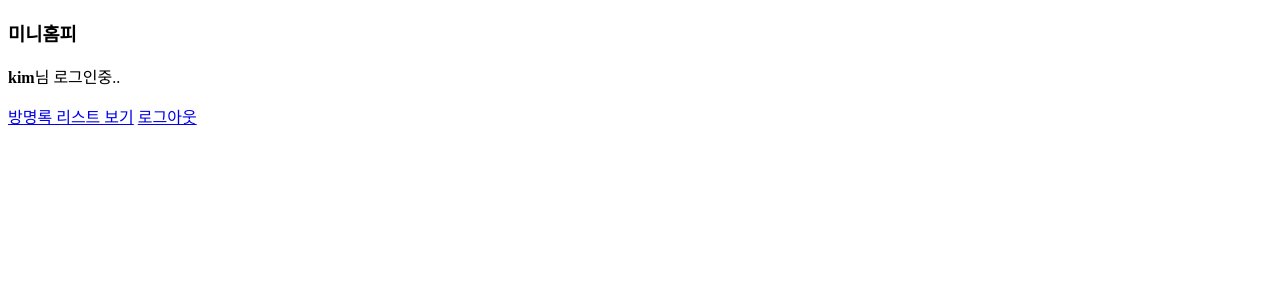
Repository: hyunhee7/web_work
Page: http://localhost/Step18_BoardMyBatis/views/home.jsp
These files come from the project's save history. The page is drawn as it stood at one moment and after the next save; the edit follows.
The browser window is 1280 px wide. The pictures show the whole page.
The page is served by Tomcat 9. Nobody is signed in. The application's start-up code is not run.

Above is the page before, as saved 2017-07-14 03:05:01.

### Step18_BoardMyBatis/WebContent/views/home.jsp
<%@ page language="java" contentType="text/html; charset=UTF-8"
    pageEncoding="UTF-8"%>
<%@taglib uri="http://java.sun.com/jsp/jstl/core"  prefix="c"%>
<!DOCTYPE html>
<html>
<head>
<meta charset="UTF-8">
<title>views/home.jsp</title>
</head>
<body>
<h3>미니홈피</h3>

	<% //String id=(String)session.getAttribute("id");%>
	<% request.setAttribute("id", "kim"); %>

	<c:choose>
		<c:when test="${ not empty id }">
			<p><strong>${id }</strong>님 로그인중..</p>
			<a href="${pageContext.request.contextPath }/board/list.do">방명록 리스트 보기</a>
			<a href="logout.jsp">로그아웃</a>
		</c:when>
		<c:otherwise>
			<form action="${pageContext.request.contextPath }/users/signin.jsp" method="post">
				아이디 <input type="text" name="id" id="id"/><br />
				비밀번호<input type="text" name="pwd" id="pwd"/><br />
				<button type="submit">로그인</button>
			</form>
			<a href="${pageContext.request.contextPath }/users/signupform.do">회원가입</a>
		</c:otherwise>
	</c:choose>

</body>
</html>

After the next save:
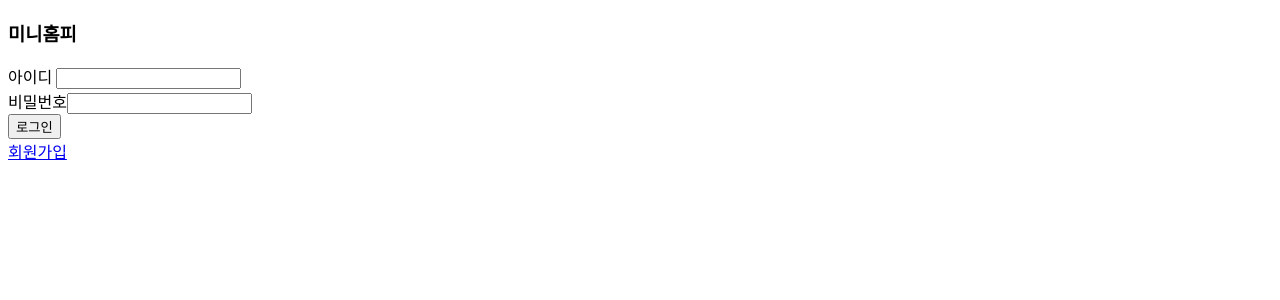
Saved 42 s later.
--- a/Step18_BoardMyBatis/WebContent/views/home.jsp
+++ b/Step18_BoardMyBatis/WebContent/views/home.jsp
@@ -10,8 +10,8 @@
 <body>
 <h3>미니홈피</h3>
 
-	<% //String id=(String)session.getAttribute("id");%>
-	<% request.setAttribute("id", "kim"); %>
+	<% String id=(String)session.getAttribute("id");%>
+	<% //request.setAttribute("id", "kim"); %>
 
 	<c:choose>
 		<c:when test="${ not empty id }">

After the 4 saves that followed:
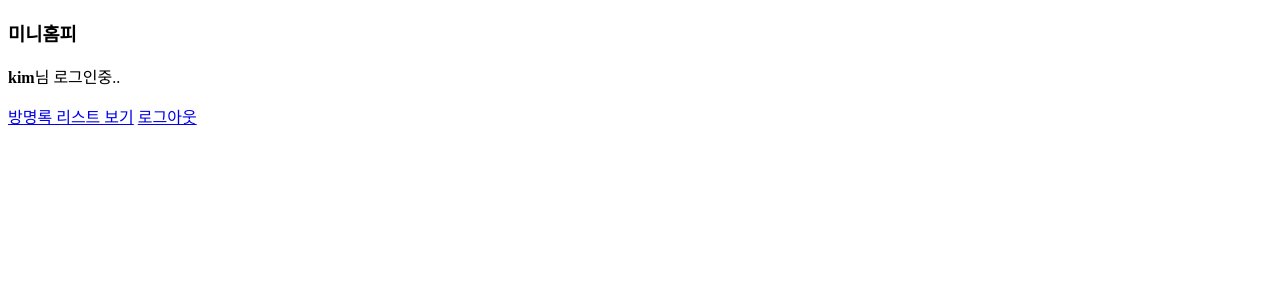
The 4 saves are shown as one change because 3 left the picture as it was.
The last was saved 13 min 6 s later.
--- a/Step18_BoardMyBatis/WebContent/views/home.jsp
+++ b/Step18_BoardMyBatis/WebContent/views/home.jsp
@@ -10,8 +10,8 @@
 <body>
 <h3>미니홈피</h3>
 
-	<% String id=(String)session.getAttribute("id");%>
-	<% //request.setAttribute("id", "kim"); %>
+	<% //String id=(String)session.getAttribute("id");%>
+	<% request.setAttribute("id", "kim"); %>
 
 	<c:choose>
 		<c:when test="${ not empty id }">
